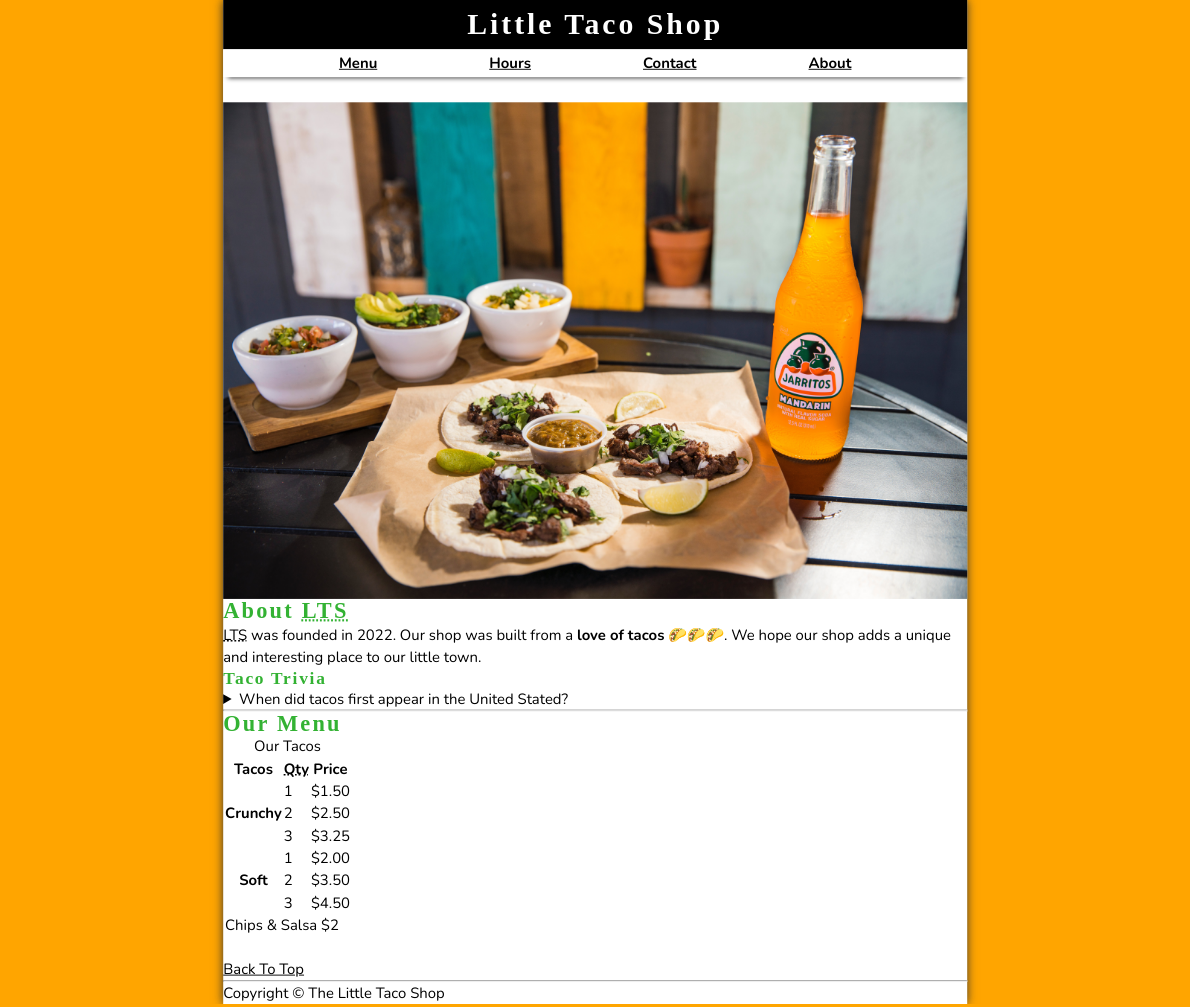
Repository: nabieusuma/Little-taco-shop
Page: index.html
The author's editor kept a copy of each file at every save. The page is drawn from the files as they stood at one save, then again after a run of saves.
The browser window is 1280 px wide. The pictures show the whole page, at 93% of full size.
Some web fonts or font styles are not loaded; a fallback is used.

Above is the page before, as saved 2026-05-06 14:01:22.

### index.html
<!doctype html>
<html lang="en">
  <head>
    <meta charset="UTF-8" />
    <meta name="viewport" content="width=device-width, initial-scale=1.0" />
    <meta name="author" content="Nabieu suma" />
    <meta
      name="description"
      content="The official website for The Little Taco Shop"
    />
    <title>The Little Taco Shop</title>
    <link rel="icon" href="favicon.ico" type="image/x-icon" />
    <link rel="stylesheet" href="style.css" />
  </head>

  <body>
    <header class="header">
      <h1 class="header__h1"> Little Taco Shop</h1>
      <nav class="header__nav">
        <ul class="header__ul">
          <li>
            <a href="#menu"> Menu</a>
          </li>
          <li>
            <a href="hours.html"> Hours</a>
          </li>
          <li>
            <a href="contact.html">Contact</a>
          </li>

          <li>
            <a href="about.html">About</a>
          </li>
        </ul>
      </nav>
    </header>

    <section class="hero">
      <h2 class="hero__h2">Welcome!</h2>
      <figure>
        <img
          src="./Images/tacos_and_drink_1000x667.png"
          alt="Tacos and a Drink"
          title="We love tacos!"
          width="1000"
          height="667"
        />
        <figcaption class="offscreen">Tacos and a Drink</figcaption>
      </figure>
    </section>
    <main>
      <article id="about">
        <h2>About <abbr title="The Little Taco Shop">LTS</abbr></h2>
        <p>
          <abbr title="The Little Taco Shop">LTS</abbr> was founded in
          <time datetime="2022">2022</time>. Our shop was built from a
          <strong>love of tacos</strong> 🌮🌮🌮. We hope our shop adds a unique
          and interesting place to our little town.
        </p>
        <aside>
          <h3>Taco Trivia</h3>
          <details>
            <summary>When did tacos first appear in the United Stated?</summary>
            <p>
              Jeffrey M. Pilcher, taco historian and professor of history at the
              University of Minnesota, says the earliest mention of tacos in the
              United States are in a newspaper from
              <time datetime="1905">1905</time>. (Source:
              <cite
                ><a
                  href="https://www.smithsonianmag.com/arts-culture/where-did-the-taco-come-from-81228162/"
                  target="_blank"
                  >Smithsonian Magazine</a
                ></cite
              >)
            </p>
          </details>
        </aside>
      </article>
      <hr />
      <article id="menu">
        <h2>Our Menu</h2>
        <table>
          <caption>
            Our Tacos
          </caption>
          <thead>
            <tr>
              <th>Tacos</th>
              <th scope="col"><abbr title="Quantity">Qty</abbr></th>
              <th scope="col">Price</th>
            </tr>
          </thead>
          <tbody>
            <tr>
              <th scope="row" rowspan="3">Crunchy</th>
              <td>1</td>
              <td>$1.50</td>
            </tr>
            <tr>
              <td>2</td>
              <td>$2.50</td>
            </tr>
            <tr>
              <td>3</td>
              <td>$3.25</td>
            </tr>
            <tr>
              <th scope="row" rowspan="3">Soft</th>
              <td>1</td>
              <td>$2.00</td>
            </tr>
            <tr>
              <td>2</td>
              <td>$3.50</td>
            </tr>
            <tr>
              <td>3</td>
              <td>$4.50</td>
            </tr>
          </tbody>
          <tfoot>
            <tr>
              <td colspan="3">Chips &amp; Salsa $2</td>
            </tr>
          </tfoot>
        </table>
        <br />
        <p>
          <a href="#">Back To Top</a>
        </p>
      </article>
    </main>
    <hr />
    <footer>
      <p>Copyright &copy; The Little Taco Shop</p>
    </footer>
  </body>
</html>

### style.css
@import url("https://fonts.googleapis.com/css2?family=Fraunces:ital,opsz,wght@0,9..144,100..900;1,9..144,100..900&family=Hanken+Grotesk:ital,wght@0,100..900;1,100..900&family=Kumbh+Sans:wght,YOPQ@100..900,300&family=Montserrat:ital,wght@0,100..900;1,100..900&family=Nunito:ital,wght@0,200..1000;1,200..1000&family=Outfit:wght@100..900&family=Red+Hat+Display:ital,wght@0,300..900;1,300..900&family=Roboto:ital,wght@0,100..900;1,100..900&family=Work+Sans:ital,wght@0,100..900;1,100..900&display=swap");

@import url("https://fonts.googleapis.com/css2?family=Fraunces:ital,opsz,wght@0,9..144,100..900;1,9..144,100..900&family=Fugaz+One&family=Hanken+Grotesk:ital,wght@0,100..900;1,100..900&family=Kumbh+Sans:wght,YOPQ@100..900,300&family=Montserrat:ital,wght@0,100..900;1,100..900&family=Nunito:ital,wght@0,200..1000;1,200..1000&family=Outfit:wght@100..900&family=Red+Hat+Display:ital,wght@0,300..900;1,300..900&family=Roboto:ital,wght@0,100..900;1,100..900&family=Work+Sans:ital,wght@0,100..900;1,100..900&display=swap");

*,
*::before,
*::after {
  padding: 0;
  margin: 0;
  box-sizing: border-box;
}

img {
  display: block;
  max-width: 100%;
  height: auto;
}

input,
button,
textarea {
  font: inherit;
}

/* || VARIABLES */
:root {
  /* Fonts */
  --FF: "Nunito", sans-serif;
  --FF--HEADINGS: "Fugaz One", cursive;
  --FS: clamp(1rem, 2.2vh, 1.5rem);

  /* COLORS*/
  --BGCOLOR: orange;
  --BGCOLOR-FADE: rgb(252, 220, 160);
  --BGIMAGE: linear-gradiant(
    to buttom,
    var(var(var(--BGCOLOR), var(var(--BGCOLOR-FADE))))
  );
  --BODY-BGCOLOR: #fff;
  --FONT-COLOR: #000;
  --BORDER-COLOR: #333;
  --HEIGHLIGHT-COLOR: rgb(51, 178, 51);
  --LINKCOLOR: #000;
  --LINK-HOVER: hsla(0, 0%, 0%, 0.6);
  --LINK-ACTIVE: orange;
  --HEADER-BGCOLOR: #000;
  --HEADER-COLOR: #fff;
  --NAV-BAGCOLOR: #fff;
  --HERO-BGCOLOR: rgba(51, 178, 51, 0.75);
  --HERO-COLOR: #fff;

  /* BORDERS */
  --BORDERS: 1px solid var(var(--BORDER-COLOR));

  /* STANDARD PADDING */
  --PADDING-TB: 0.25em;
  --PADDING-SIDE: 2.5%;

  /* STANDARD MARGIN */
  --MARGIN: clamp(1em, 2.5vh, 1.5em) 0;
}

/* || UTILITY CLASS */
.offscreen {
  position: absolute;
  left: -10000px;
}

.nowrap {
  white-space: nowrap;
}

.center {
  text-align: center;
}

/*
  GENERAL STYLE
*/
html {
  scroll-behavior: smooth;
  font-size: var(--FS);
  font-family: var(--FF);
  background-color: var(--BGCOLOR);
  background-image: var(--BGIMAGE);
}

body {
  background-color: var(--BODY-BGCOLOR);
  color: var(--FONT-COLOR);
  min-height: 100vh;
  max-width: 800px;
  margin: 0 auto;
  border-left: var(--BORDERS);
  border-right: var(--BORDERS);
  box-shadow: 0 0 10px var(--BORDER-COLOR);
}

h1,
h2,
h3 {
  font-family: var(--FF--HEADINGS);
  letter-spacing: 0.1em;
}

h2,
h3 {
  color: var(--HEIGHLIGHT-COLOR);
}

p {
  line-height: 1.5;
}

a:any-link {
  color: var(--LINKCOLOR);
}

a:hover,
a:focus-visible {
  color: var(--LINK-HOVER);
}

a:active {
  color: var(--LINK-ACTIVE);
}

/* HEADER */
.header {
  position: sticky;
  top: 0;
  z-index: 1;
}

.header__h1 {
  text-align: center;
  background-color: var(--HEADER-BGCOLOR);
  color: var(--HEADER-COLOR);
  padding: var(--PADDING-TB) var(--PADDING-SIDE);

}

.header__nav {
  background-color: var(--NAV-BAGCOLOR);
  border-bottom: var(--BORDERS);
  font-weight: bold;
  box-shadow: 0 6px 5px -5px var(--BORDER-COLOR);
}

.header__ul {
  padding: var(--PADDING-TB) var(--PADDING-SIDE);
  list-style-type: none;
  display: flex;
  justify-content: space-evenly;
  gap: 1rem;

}

.hero {
  position: relative;
}

.hero__h2 {
  background-color: var(--HERO-COLOR);
  color: var(--HERO-COLOR);

}

After the next 4 saves:
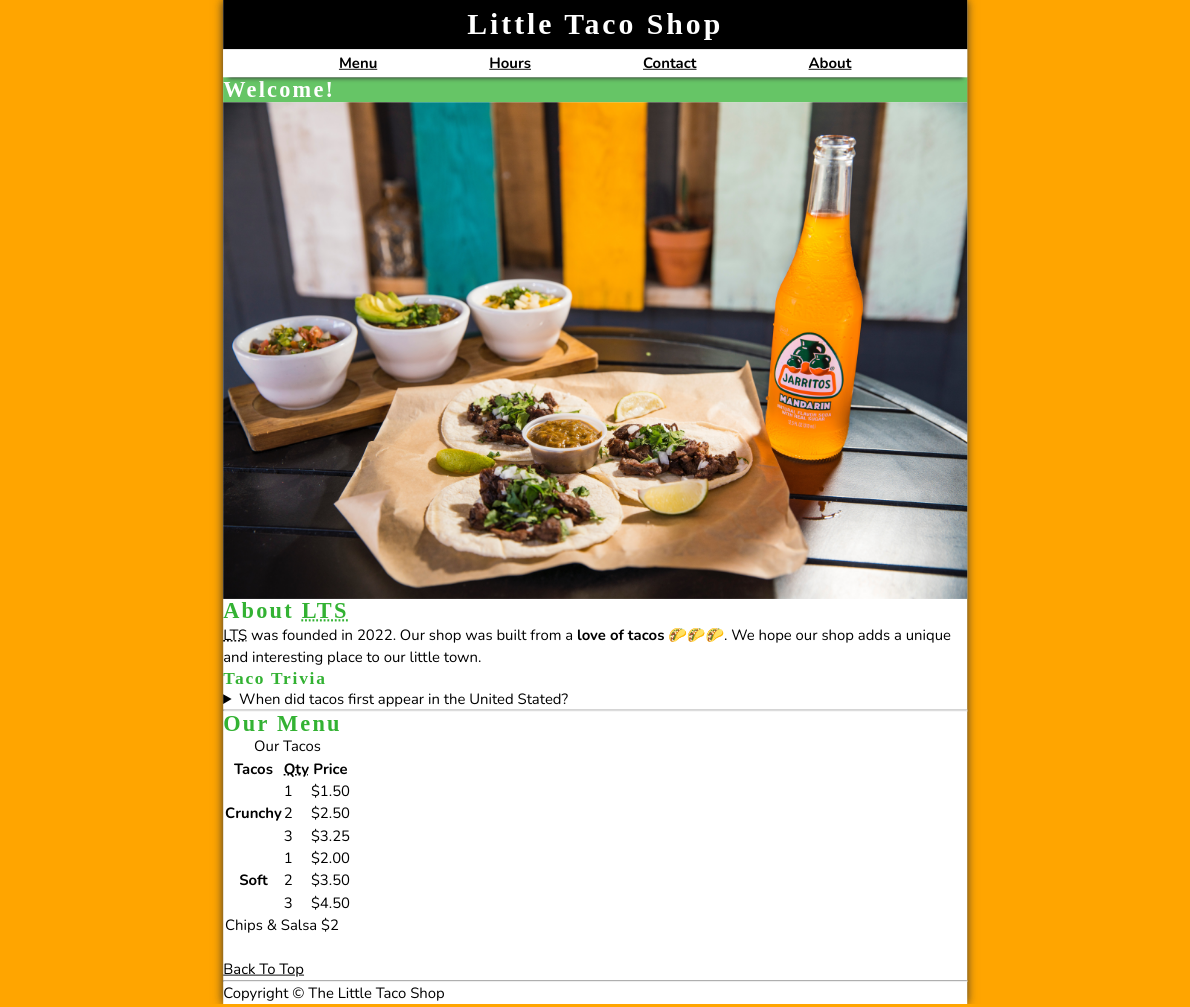
The 4 saves are shown as one change because they came seconds apart.
The last was saved 11 s later.
--- a/style.css
+++ b/style.css
@@ -161,7 +161,7 @@
 }
 
 .hero__h2 {
-  background-color: var(--HERO-COLOR);
+  background-color: var(--HERO-BGCOLOR);
   color: var(--HERO-COLOR);
 
 }
